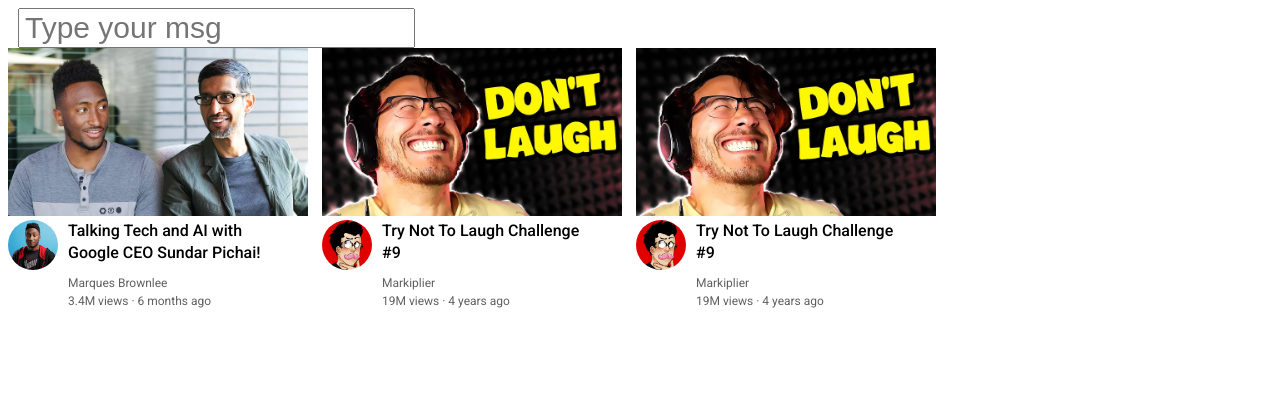
Repository: RagulRanjeeth/Frontend
Page: CloneYoutube/index.html
An editor plug-in stored every save of this project. The page is shown before and after the next save, followed by the edit.
The browser window is 1280 px wide. The pictures show the whole page.

Above is the page before, as saved 2026-01-25 16:16:50.

### CloneYoutube/index.html
<!DOCTYPE html>
<html>
    <head><title>Youtube Clone</title>
    <link rel="stylesheet" href="Styles.css"></head>
    <link rel="preconnect" href="https://fonts.googleapis.com">
    <link rel="preconnect" href="https://fonts.gstatic.com" crossorigin>
    <link href="https://fonts.googleapis.com/css2?family=Montserrat:ital,wght@0,100..900;1,100..900&family=Roboto:ital,wght@0,100..900;1,100..900&display=swap" rel="stylesheet">
    <body>
        <input class="SearchDashbar" type="text" placeholder="Type your msg">



        <div class="Container">
            <div class="ThumbnailsContainer">
                <img class="Thumbnails" src="Thumbnails/thumbnail-1.webp">
            </div>
            <div class="DescriptionContainer">
                <div class="ProfileImgContainer">
                    <img class="ProfilePicture" src="Channels/channel-1.jpeg">
                </div>
                <div class="VideoDetailsContainer">
                    <p class="VideoHeading">
                     Talking Tech and AI with Google CEO Sundar Pichai!
                    </p>

                     <p class="VideoAuthor">
                     Marques Brownlee
                    </p>

                    <p class="VideoStats">
                     3.4M views &#183 6 months ago
                    </p>

                </div>
            </div>
        </div>

        <div class="Container">
            <div class="ThumbnailsContainer">
                <img class="Thumbnails" src="Thumbnails/thumbnail-2.webp">
            </div>
            <div class="DescriptionContainer">
                <div class="ProfileImgContainer">
                    <img class="ProfilePicture" src="Channels/channel-2.jpg">
                </div>
                <div class="VideoDetailsContainer">
                    <p class="VideoHeading">
                     Try Not To Laugh Challenge #9
                    </p>
                     <p class="VideoAuthor">
                        Markiplier
                    </p>
                    <p class="VideoStats">
                       19M views &#183  4 years ago
                    </p>
                </div>
            </div>
        </div>

        <div class="Container">
            <div class="ThumbnailsContainer">
                <img class="Thumbnails" src="Thumbnails/thumbnail-2.webp">
            </div>
            <div class="DescriptionContainer">
                <div class="ProfileImgContainer">
                    <img class="ProfilePicture" src="Channels/channel-2.jpg">
                </div>
                <div class="VideoDetailsContainer">
                    <p class="VideoHeading">
                     Try Not To Laugh Challenge #9
                    </p>
                     <p class="VideoAuthor">
                        Markiplier
                    </p>
                    <p class="VideoStats">
                       19M views &#183  4 years ago
                    </p>
                </div>
            </div>
        </div>

    </body>
</html>

### CloneYoutube/Styles.css
.Thumbnails{
    width: 300px;
    /* height:300px;
    object-fit: contain;
    object-position:center;
    border-width: 2px;
    border-style:solid; */
}

.SearchDashbar{
    font-family: Arial;
    font-size: 30px;
    display: block;
    margin-left: 10px;
    padding-left: 5px;

}

.VideoHeading{
    font-family: Roboto, Arial, sans-serif;
    font: size 12px;
    font-weight: 500;
    color: rgb(0, 0, 0);
    width: 200px;
    line-height:22px;
    margin-bottom: 5px;
    margin-top:0px;

}

.VideoAuthor, .VideoStats{
    font-family: Roboto, Arial, sans-serif;
    font-size: 12px;
    color: rgb(96, 96, 96);
    margin-bottom: 0px;
}

 .VideoStats{
    margin-top: 4px;
 }

 .Container{
    display: inline-block;
    width: 300px;
    margin-right: 10px;
    vertical-align: top;
 }

.DescriptionContainer{
   display: grid;
   grid-template-columns: 50px 1fr;
}


 .ProfileImgContainer
 {
    display:inline-block;
    width:50px;
    vertical-align: top;
 }

 .VideoDetailsContainer{
    display: inline-block;
    width: 200px;
    margin-left:10px;
 }

 .ProfilePicture{
    width:100%;
    border-radius: 50px;
 }

 .ThumbnailsContainer{
    margin-bottom:0px;
 }

After the next save:
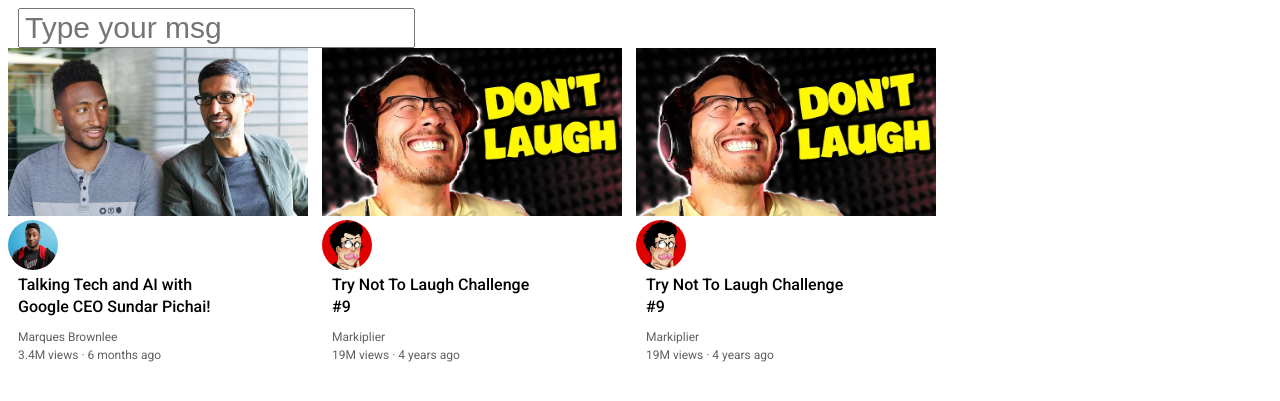
Saved 7 s later.
--- a/CloneYoutube/Styles.css
+++ b/CloneYoutube/Styles.css
@@ -48,7 +48,7 @@
 
 .DescriptionContainer{
    display: grid;
-   grid-template-columns: 50px 1fr;
+   grid-template-columns: 50px ;
 }
 
 

After the 2 saves that followed:
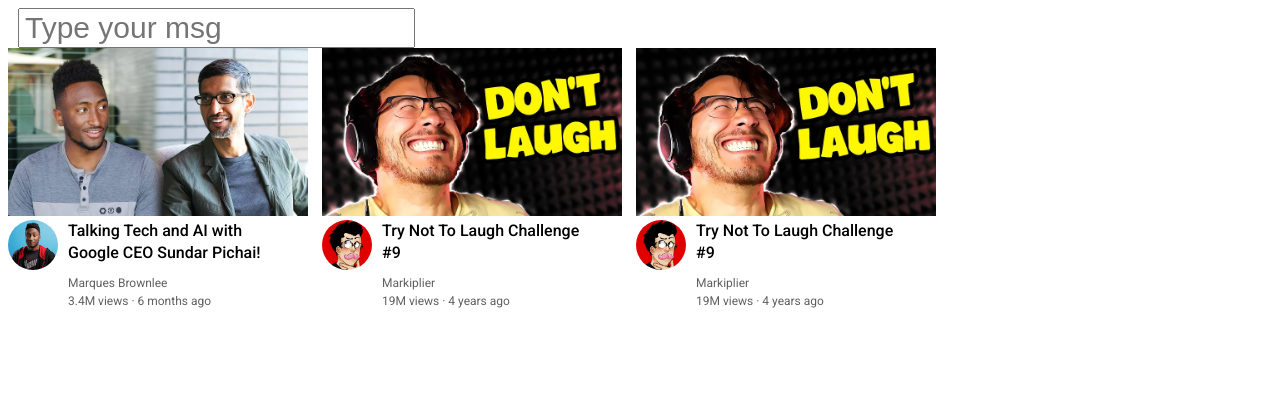
The 2 saves are shown as one change because 1 left the picture as it was.
The last was saved 14 s later.
--- a/CloneYoutube/Styles.css
+++ b/CloneYoutube/Styles.css
@@ -48,7 +48,7 @@
 
 .DescriptionContainer{
    display: grid;
-   grid-template-columns: 50px ;
+   grid-template-columns: 50px  50px;
 }
 
 
